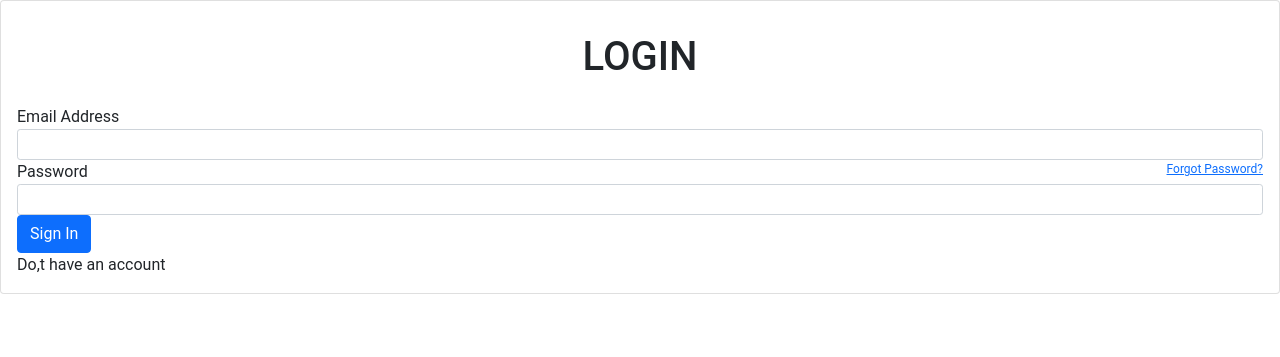
Repository: zjria/Bootstrap_logIn_1
Page: LoginPage/index.html
These files come from the project's save history. The page is drawn as it stood at one moment and after the next save; the edit follows.
The browser window is 1280 px wide. The pictures show the whole page.

Above is the page before, as saved 2022-06-14 10:57:55.

After the next save:
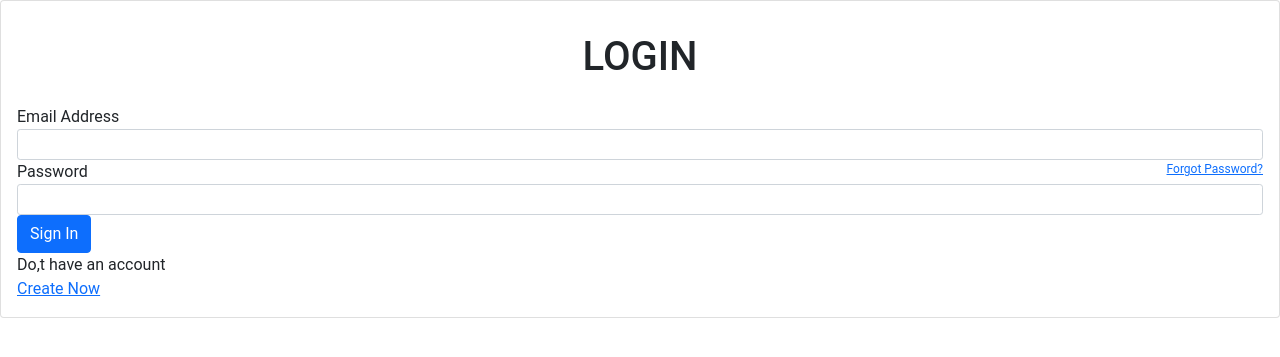
Saved 17 s later.
--- a/LoginPage/index.html
+++ b/LoginPage/index.html
@@ -35,7 +35,7 @@
                             <input type="password" class="form-control form-control-sm" id="exampleInputPassword1">
                         </div>
                         <button class="btn btn-primary btn-block">Sign In</button>
-                        <div class="singUp">Do,t have an account</div> <a href=""></a>
+                        <div class="singUp">Do,t have an account</div> <a href="#">Create Now</a>
                     </form>
                 </div>
             </div>
